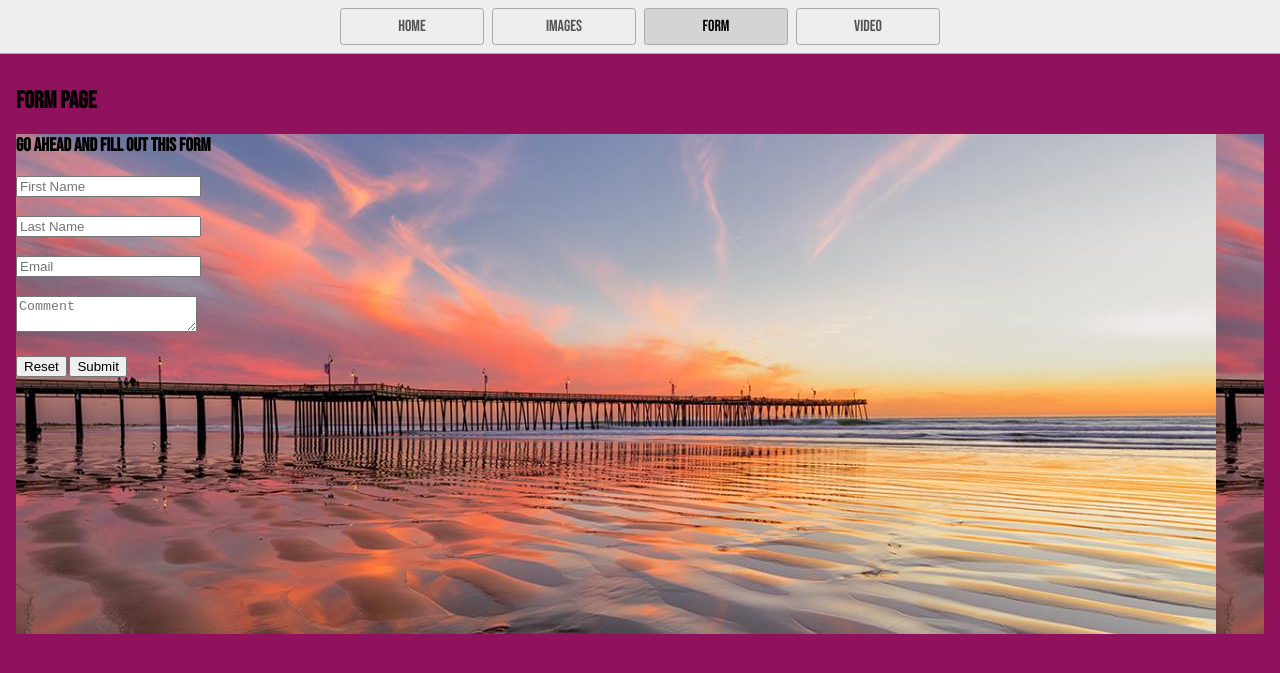
Repository: sebas6292/palmTree-Final
Page: Form.html
An editor plug-in stored every save of this project. The page is shown before and after the next save, followed by the edit.
The browser window is 1280 px wide. The pictures show the whole page.

Above is the page before, as saved 2023-05-28 12:19:08.

After the next save:
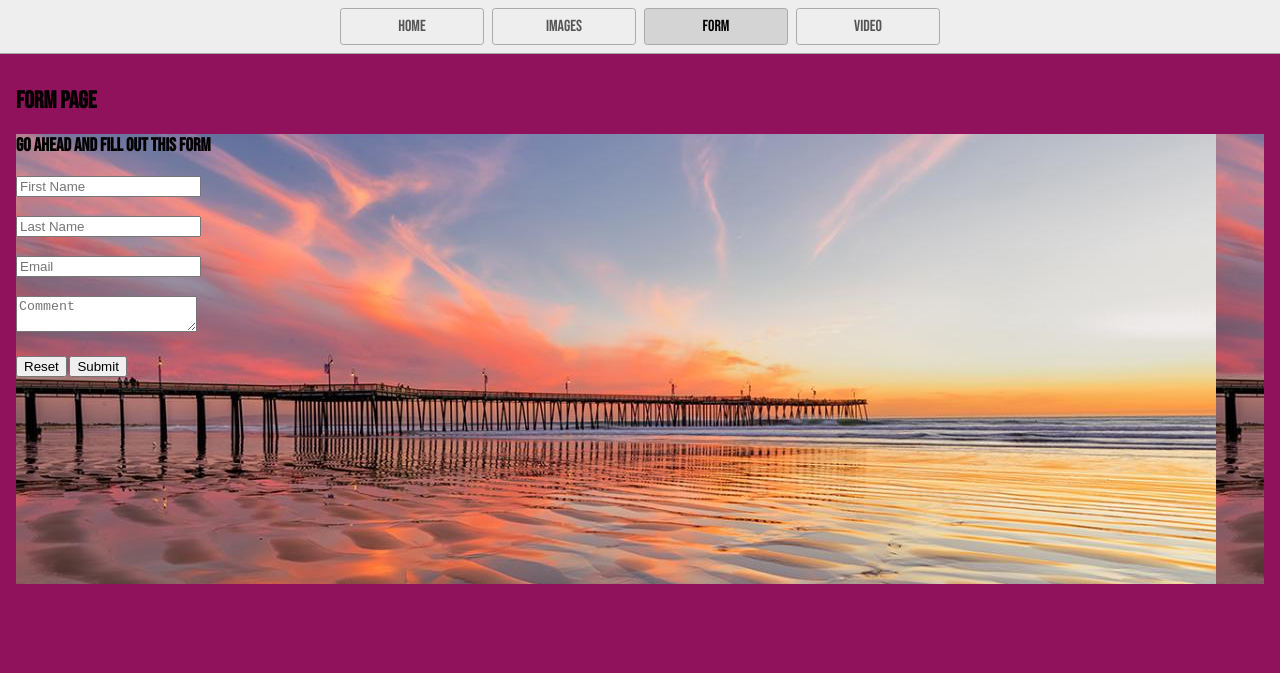
Saved 21 s later.
--- a/styles.css
+++ b/styles.css
@@ -58,7 +58,7 @@
 
   .bg-img {
     background-image: url('/Assets/pier2.jpeg');
-    height: 500px;
+    height: 450px;
   }
 
   .btn:hover {
